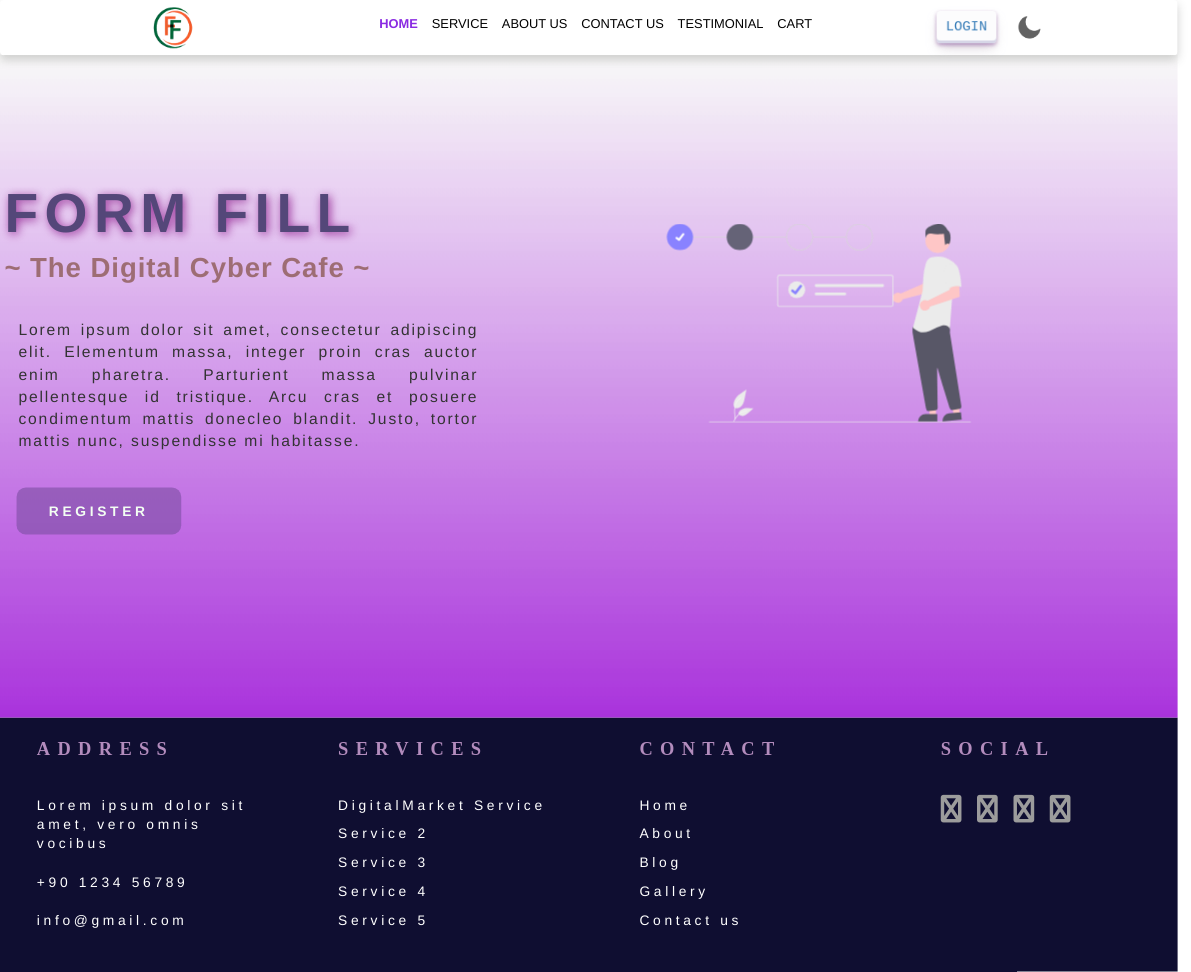
Repository: codervivek5/Formfil
Page: index.html
These files come from the project's save history. The page is drawn as it stood at one moment and after the next save; the edit follows.
The browser window is 1280 px wide. The page is 1295 px wide, so the pictures cover 1295 px, including what lies to the right of the window. The pictures show the whole page, at 92% of full size.
Some web fonts or font styles are not loaded; a fallback is used.

Above is the page before, as saved 2023-03-04 21:44:37.

### index.html
<!DOCTYPE html>
<html lang="en">

<head>
	<meta charset="UTF-8" />
	<meta http-equiv="X-UA-Compatible" content="IE=edge" />
	<meta name="viewport" content="width=device-width, initial-scale=1.0" />
	<title>Home-FormFil</title>
	<link rel="stylesheet" href="style/style.css" />
     <link rel="stylesheet" href="style/theme.css">

	<link rel="stylesheet" href="https://maxcdn.bootstrapcdn.com/bootstrap/3.4.1/css/bootstrap.min.css">
	<script src="https://ajax.googleapis.com/ajax/libs/jquery/3.6.0/jquery.min.js"></script>
     <script src="https://maxcdn.bootstrapcdn.com/bootstrap/3.4.1/js/bootstrap.min.js"></script>

	<link rel="stylesheet" href="https://fonts.googleapis.com/css?family=Trirong" />
	<link rel="icon" type="image/x-icon" href="./img/crop_logo.png" />
	<link rel="stylesheet" href="https://cdnjs.cloudflare.com/ajax/libs/font-awesome/6.2.1/css/all.min.css">
</head>

<body>

    <div class="loader">
          <img class= "imgload" src="img/logo.png"  alt="">
     </div>

     <header class="navbar">
      <a href="index.html"><img class="logo" src="img/logo.png" width="100px" height="100px" /></a>

      <div class="navbar-opt">
        <ul class="navbar-list">
          <li><a href="index.html" class="nav-link active">HOME</a></li>
          <li><a href="pages/service.html" class="nav-link">SERVICE </a></li>
          <li><a href="pages/about_us.html" class="nav-link">ABOUT US </a></li>
          <li><a href="pages/contact-us.html" class="nav-link">CONTACT US </a></li>
          <li><a href="pages/testimonial.html" class="nav-link">TESTIMONIAL</a></li>
          <li><a href="pages/cart.html" class="nav-link">CART</a></li>
        </ul>
      </div>

      <div class="fixed-buttons">
        <button><a href="pages/login.html" class="lgn">LOGIN</a></button>
        <img src="img/moon.png" id="icon">
      </div>

      <div class="mobile-menu">
        <ion-icon name="menu-outline" class="menu-icon"></ion-icon>
        <ion-icon name="close-outline" class="menu-icon"></ion-icon>
      </div>

     </header>

	<div class="main">

		<div class="container">
			<div class="content animated fadeInLeft">
				<h1>FORM FILL</h1>
				<h2>~ The Digital Cyber Cafe ~</h2>
				<p class="para">
					Lorem ipsum dolor sit amet, consectetur adipiscing elit.
          Elementum massa, integer proin cras auctor enim pharetra.
					Parturient massa pulvinar pellentesque id tristique.
          Arcu cras et posuere condimentum mattis donecleo blandit.
          Justo, tortor mattis nunc, suspendisse mi habitasse.
				</p>
				<div class="btn">
					<a href="pages/signup.html"> <button class="btn1 button">REGISTER</button></a>
				</div>
			</div>
			<div class="shipp animated fadeInRight">
				<img src="img/svg.svg" />
        <!-- <img src="img/formfilSvg.svg" /> -->
			</div>
		</div>
	</div>

<!-- footer section -->
<footer>
    <div>
        <div class="row">
            <div class="col-lg-3 col-md-5 col-sm-4 col-xs-12">
                <ul class="adress">
                     <span>Address</span>
                     <li>
                        <p>Lorem ipsum dolor sit amet, vero omnis vocibus</p>
                      </li>

                      <li>
                        <p>+90 1234 56789</p>
                      </li>

                      <li>
                        <p>info@gmail.com</p>
                      </li>
                 </ul>
            </div>
            <div class="col-lg-3 col-md-5 col-sm-4 col-xs-12">
               <ul class="service">
                    <span>Services</span>
                    <li>
                       <a href="#">DigitalMarket Service</a>
                     </li>

                     <li>
                        <a href="#">Service 2</a>
                     </li>

                     <li>
                       <a href="#">Service 3</a>
                     </li>

                     <li>
                        <a href="#">Service 4 </a>
                     </li>

                     <li>
                       <a href="#">Service 5</a>
                    </li>
               </ul>
           </div>
            <div class="col-lg-3 col-md-3 col-sm-4 col-xs-12">
                <ul class="contact">
                     <span>Contact</span>
                     <li>
                        <a href="index.html">Home</a>
                      </li>

                      <li>
                         <a href="pages/about_us.html">About</a>
                      </li>

                      <li>
                        <a href="#">Blog</a>
                      </li>

                      <li>
                         <a href="#">Gallery </a>
                      </li>

                      <li>
                        <a href="pages/contact-us.html">Contact us</a>
                     </li>
                </ul>
            </div>

            <div class="col-lg-3 col-md-3 col-sm-4 col-xs-12">
               <ul class="social">
                    <span>Social</span>
                    <li>
                         <a href="https://www.facebook.com/codervivek"  target="_blank"><i class="fa fa-facebook fa-2x"></i></a>
                    </li>

                    <li>
                         <a href="https://github.com/codervivek5" target="_blank"><i class="fa fa-github fa-2x"></i></a>
                    </li>

                    <li>
                         <a href="https://www.linkedin.com/in/codervivek/" target="_blank"><i class="fa fa-linkedin fa-2x"></i></a>
                    </li>

                    <li>
                         <a href="https://twitter.com/codervivek5" target="_blank"><i class="fa fa-twitter fa-2x"></i></a>
                    </li>

                    <li>
                         <a href="https://www.youtube.com/codervivek" target="_blank"><i class="fa fa-youtube-play fa-2x"></i></a>
                   </li>
                  </ul>
            </div>
       </div>
    </div>
    <button class="back-to-top hidden">
     <svg
     xmlns="http://www.w3.org/2000/svg"
     class="back-to-top-icon"
     fill="none"
     viewBox="0 0 24 24"
     stroke="currentColor"
   >
     <path
       stroke-linecap="round"
       stroke-linejoin="round"
       stroke-width="2"
       d="M7 11l5-5m0 0l5 5m-5-5v12"
     />
   </svg></button>
</footer>


<script>

     // Javascript Code for Dark Mode Switch
	var icon = document.getElementById("icon");
	icon.onclick = function(){
		document.body.classList.toggle("dark-mode");
		if (document.body.classList.contains("dark-mode")){
			icon.src="img/sun.png";
		}
		else {
			icon.src="img/moon.png";
		}
	}
  //javascript for loader
  $(document).ready(function() {
      // Animate loader off screen
   setTimeout(function() {
    $(".loader").fadeOut("slow");
   }, 0);
  });
      // Javascript Code for Scroll to top Button
      const showOnPx = 100;
      const backToTopButton = document.querySelector(".back-to-top")

     const scrollContainer = () => {
       return document.documentElement || document.body;
      };

 document.addEventListener("scroll", () => {
   if (scrollContainer().scrollTop > showOnPx) {
     backToTopButton.classList.remove("hidden")
   } else {
     backToTopButton.classList.add("hidden")
   }
 })
 const goToTop = () => {
   document.body.scrollIntoView({
     behavior: "smooth",
   });
 };
 backToTopButton.addEventListener("click", goToTop);

 const mobile_nav= document.querySelector('.mobile-menu');
const nav_header= document.querySelector(".navbar");

const toggleNav = () =>{
  nav_header.classList.toggle("switchOn");
}

mobile_nav.addEventListener('click', () => toggleNav());

</script>
<script type="module" src="https://unpkg.com/ionicons@5.5.2/dist/ionicons/ionicons.esm.js"></script>
<script nomodule src="https://unpkg.com/ionicons@5.5.2/dist/ionicons/ionicons.js"></script>
</body>
</html>

### style/style.css
@import url('https://fonts.googleapis.com/css2?family=Tilt+Prism&display=swap');

body{
	margin:0;
	padding:0;
	background:black;
font-family: 'Times New Roman', Times, serif;
overflow-x: hidden;
}
.main{
	position: relative;
	height:100%;
	width:100%;
	background-position: center;
	background-repeat: no-repeat;
	background-size: cover;
	/* opacity: 0.8; */

}
.navbar{
    padding: 0 !important;
    padding: 0 3rem;
    height: 6rem;
    display: flex;
    justify-content: space-between;
    align-items: center;
    margin-bottom: 0 !important;
    box-shadow: 0px 5px 10px #48464640 !important;
    z-index: 999;
}

.navbar-opt{
    transition: all 0.5s;
  }

  .navbar-list{
    display: flex;
    gap: 1.5rem;
    list-style: none;
  }

  .fixed-buttons{
    display: flex;
    justify-content: center;
    align-items: center;
    column-gap: 1rem;
  }

  .active{
    font-weight: 700 !important;
  }

  .nav-link:link,
.nav-link:visited {
  display: inline-block;
  text-decoration: none;
  color: black;
}

.mobile-menu{
  display: none;
  background: transparent;
  cursor: pointer;
}

.menu-icon{
  width: 3.2rem;
  height: 3.2rem;
  z-index: 1000;
}

.menu-icon[name="close-outline"]{
  display: none;
}

.fixed-buttons button{
  align-items: center;
  appearance: none;
  background-color: #FCFCFD;
  border-radius: 4px;
  border-width: 0;
  box-shadow: #7b378e7b 0 2px 4px,#c1b6c4a8 0 7px 13px -3px,#D6D6E7 0 -3px 0 inset;
  box-sizing: border-box;
  color: #36395A;
  cursor: pointer;
  display: inline-flex;
  font-family: "JetBrains Mono",monospace;
  height: 3.5rem;
  justify-content: center;
  line-height: 1;
  list-style: none;
  overflow: hidden;
  padding-left: 1rem;
  padding-right: 1rem;
  position: relative;
  text-align: left;
  text-decoration: none;
  transition: box-shadow .15s,transform .15s;
  user-select: none;
  -webkit-user-select: none;
  touch-action: manipulation;
  white-space: nowrap;
  will-change: box-shadow,transform;
  font-size: 1.5rem;
}

.fixed-buttons button:focus {
    box-shadow: #D6D6E7 0 0 0 1.5px inset, rgba(45, 35, 66, 0.4) 0 2px 4px, rgba(45, 35, 66, 0.3) 0 7px 13px -3px, #D6D6E7 0 -3px 0 inset;
  }

  .fixed-buttons button:hover {
    box-shadow: rgba(45, 35, 66, 0.4) 0 4px 8px, rgba(45, 35, 66, 0.3) 0 7px 13px -3px, #D6D6E7 0 -3px 0 inset;
    transform: translateY(-2px);
  }

  .fixed-buttons button:active {
    box-shadow: #D6D6E7 0 3px 7px inset;
    transform: translateY(2px);
  }

@media (max-width:1220px){
    .navbar-list{
      gap: 0.3rem;
    }
  }

  @media (max-width:1030px){
    .mobile-menu{
      display: block;
    }

    .navbar{
      padding: 0 1rem;
      position: relative;
    }

    .navbar-opt{
      width: 100vw;
      height: 100vh;
      background-color: #484646dd;
      position: absolute;
      top: 0;
      left: 0;
      display: flex;
      justify-content: center;
      /* transform: translateY(100%); */
      transition: all 0.5s linear;
      opacity: 0;
      visibility: hidden;
      pointer-events: none;
    }

    .navbar-list{
      flex-direction: column;
      align-items: center;
      justify-content: center;
      font-size: 1.7rem;
      font-weight: 500;
    }

    .switchOn .navbar-opt{
      opacity: 1;
      visibility: visible;
      pointer-events: auto;
    }

    .switchOn .mobile-menu .menu-icon[name="close-outline"]{
      display: block;
    }

    .switchOn .mobile-menu .menu-icon[name="menu-outline"]{
      display: none;
    }

  }

  .nav-link:hover{
    color: grey !important;
  }

    /* ____________________________________________________________________________________________________________ */

.container{
    display: flex;
    justify-content: space-between;
    align-items: center;
    position: relative;
    top: 20vh;
    padding: 0px 25px;
}
.shipp{
  margin-top: -90px;
  padding-left: 50px;
}
.shipp img{
    width: 60vh;
}
.content{
  display: flex;
  flex-direction: column;
  margin-left: -110px;
}
.content h1{
    color: #2a1958;
    text-shadow: 2px 2px 10px purple;
    font-size: 6rem;
    letter-spacing: 7px;
    margin-top: -5px;
    font-weight: bold;
}
.content h2{
	width:100%;
  font-weight: bold;
  margin-top: -1px;
  letter-spacing: 1px;
}
.content .para{
  color: black;
	width:100%;
  text-align: justify;
  font-size: 17px;
  margin-top: 30px;
  padding-left: 60px;
  letter-spacing: 2px;
  font-weight: 500;

}
.content .btn{
  text-align: left;
  margin-left: 45px;
  margin-top: 20px;
}
.content button{
    padding: 15px 35px;
    border-radius: 10px;
    border: none;
    background-color: rgba(90, 34, 139,0.6) !important;
    /* border: 4px solid rgba(90, 34, 139); */
    border: 4px solid rgba(122, 60, 60, 0.87)
    color: white !important;
    font-weight: bold !important;
    letter-spacing: 4px;
    font-size: 15px !important;
    transition: transform .2s;
}
.btn1:hover{
  transform: scale(1.15);
  background-color: rgba(90, 34, 139,0.2) !important;
  color: white !important;
}

@media only screen and (max-width: 1300px){
    .shipp img{
      width: 50vw;
      height: 30vh;
  }
  }

  @media only screen and (max-width: 500px){
    .container{
      display: flex;
      flex-direction: column;
      padding: 0 !important;
      margin: 0 !important;
    }
    .content{
      width: 100vw;
      display: flex;
      flex-direction: column;
      justify-content: center;
      align-items: center;
      padding: 0 !important;
      margin: 0 !important;
    }
    .shipp img{
      width: 50vw;
      height: 40vh;
  }
  .content h1{
    font-size: 3rem;
  }
  .content h2{
    font-size: 2rem;
  }
  .content .para{
    font-size: 1.5rem;
  }
  }
/* footer */
footer{
     background-color: #0f0e31;
     padding:20px 0px;
     z-index: 1;
}

footer ul li{
    padding:5px 0px;
}

.adress span , .contact span , .social span, .service span{
   color: #FFF;
   font-weight: 800;
   padding-bottom: 10px;
   margin-bottom: 20px;
   display: block;
   text-transform: uppercase;
   font-size: 20px;
   letter-spacing: 3px;
}

.adress li p , .contact li a , .social li a, .service li a{
    color:#FFF;
    letter-spacing: 2px;
    text-decoration:none;
    font-size:15px;
    font-style: sans-serif;
}

.social li{
    float:left;
}

.adress , .contact , .social , .service{
    list-style: none;
}

.fa{
    color:#9c9c9c;
    margin-right: 15px;
    font-size:24px;
}
.service span{
    letter-spacing: 8px;
    font-family:'Tilt Prism', cursive;
    color:rgb(179,140,189);
}
.contact span{
    letter-spacing: 8px;
    font-family: 'Tilt Prism', cursive;
    color:rgb(179,140,189);

}
.adress span{
    letter-spacing: 8px;
    font-family:'Tilt Prism', cursive;
    color:rgb(179,140,189);
}
.social span{
    letter-spacing: 8px;
    font-family:'Tilt Prism', cursive;
    color:rgb(179,140,189);
}
.service a{
    letter-spacing: 4px !important;
    position: relative;
    transition: all 0.5s ease;
    -webkit-transition: all 0.5s ease;
}
.service a:hover {
    color: rgb(137,130,255) !important;
    transition: all 1s ease;
    -webkit-transition: all 1s ease;
}

 .service a:before, .service a:after {
  content: '';
  position: absolute;
  width: 0%;
  height: 1px;
  bottom: -1px;
  background:rgb(204,214,246);
}

.imgload{
	height: 25%;
	width: 15%;

}
.loader{
    position: fixed;
    z-index: 1;
    top: 0;
    left: 0;
    background: #7b378ec4;
    height: 100%;
    width: 100%;
    display: flex;
    justify-content: center;
    align-items: center;
  }

  .loader.hidden{
    animation: fadeOut 2s forwards;
  }
  @keyframes fadeOut {
    100%{
      opacity: 100%;
      visibility: hidden;
    }
  }



.adress p{
    letter-spacing: 4px !important;
    position: relative;
    transition: all 0.5s ease;
    -webkit-transition: all 0.5s ease;
}
.adress p:hover {
    color: rgb(14, 214, 3) !important;
    transition: all 1s ease;
    -webkit-transition: all 1s ease;
}
.contact a{
    letter-spacing: 4px !important;
    position: relative;
    transition: all 0.5s ease;
    -webkit-transition: all 0.5s ease;
}
.contact a:hover {
    color: rgb(212, 1, 227) !important;
    transition: all 1s ease;
    -webkit-transition: all 1s ease;
}
.social i{
    position: relative;
}
.social i:hover {
    color: rgb(15, 3, 252) !important;
    transition: all 1s ease;
    -webkit-transition: all 1s ease;
}
.back-to-top {
    position: fixed;
    right: 2rem;
    bottom: 2rem;
}
.hidden {
    display: none;
        opacity: 0%;

  }
.back-to-top {
    position: fixed;
    right: 2rem;
    bottom: 2rem;
    border-radius: 100%;
    background: gray;
    padding: 1.5rem;
    border: none;
    cursor: pointer;
    opacity: 100%;
    transition: opacity 0.5s;
  }
  .back-to-top-icon {
    width: 2rem;
    height: 2rem;
    color: white;
  }
  .back-to-top:hover {
    opacity: 60%;
  }

.footerpart{
	text-align: center;
}
.animated {
  -webkit-animation-duration: 5s;
  animation-duration: 5s;
  -webkit-animation-fill-mode: both;
  animation-fill-mode: both;
}

@-webkit-keyframes fadeInLeft {
  0% {
     opacity: 0;
     -webkit-transform: translateX(-100px);
  }
  100% {
     opacity: 1;
     -webkit-transform: translateX(0);
  }
}
.fadeInLeft {
  -webkit-animation-name: fadeInLeft;
  animation-name: fadeInLeft;
}


@-webkit-keyframes fadeInRight {
  0% {
     opacity: 0;
     -webkit-transform: translateX(100px);
  }
  100% {
     opacity: 1;
     -webkit-transform: translateX(0);
  }
}

.fadeInRight {
  -webkit-animation-name: fadeInRight;
  animation-name: fadeInRight;
}



    /* ____________________________________________________________________________________________________________ */

### style/theme.css
:root{
	--color--main: linear-gradient(rgba(244, 245, 243, 0.712),rgb(148,0,211));
	--color--footer: rgb(119, 5, 100);
	--color--h1: #2a1958;
	--color--h2: rgba(122, 60, 60, 0.87);
	--color--p: black;
	--color--btn: #2a1958;
	--color--nav: black;
	--color--nav_before:#2a1958;
	--color--customnav: white;
}
.dark-mode{
	--color--main: linear-gradient(#4b075ac4,rgba(28, 1, 41, 0.712));
	--color--footer: rgb(65, 3, 55);
	--color--h1: rgb(255, 255, 255);
	--color--h2: rgb(233, 233, 233);
	--color--p: white;
	--color--btn: #130735;
	--color--nav: rgb(215, 244, 248);
	--color--nav_before:rgb(215, 244, 248);
	--color--customnav: rgb(174, 147, 180);
}
#icon{
	width: 30px;
	cursor: pointer;
	margin: 10px;
}
.main{
	position: relative;
	height:100vh;
	width:100%;
	background:var(--color--main);
	background-position: center;
	background-repeat: no-repeat;
	background-size: cover;
	opacity: 0.8;
}
.navbar{
	background-color: var(--color--customnav);
}

.nav-link{
	color: var(--color--p) !important;
}

.active{
	color: blueviolet !important;
}
.content h1{
    color:var(--color--h1);
margin-left: 8%;
}
.content h2{
    color: var(--color--h2);
    margin-left: 8%;
}
.content .para{
    color: var(--color--p);
}
.content .btn1 {
    background-color: var(--color--btn);
    color:honeydew;

}
.footer{
	background-color:var(--color--footer);
	display: block;
	justify-content: center;
	align-items: center;
	width: 100%;
	height: 40vh;

}

After the next save:
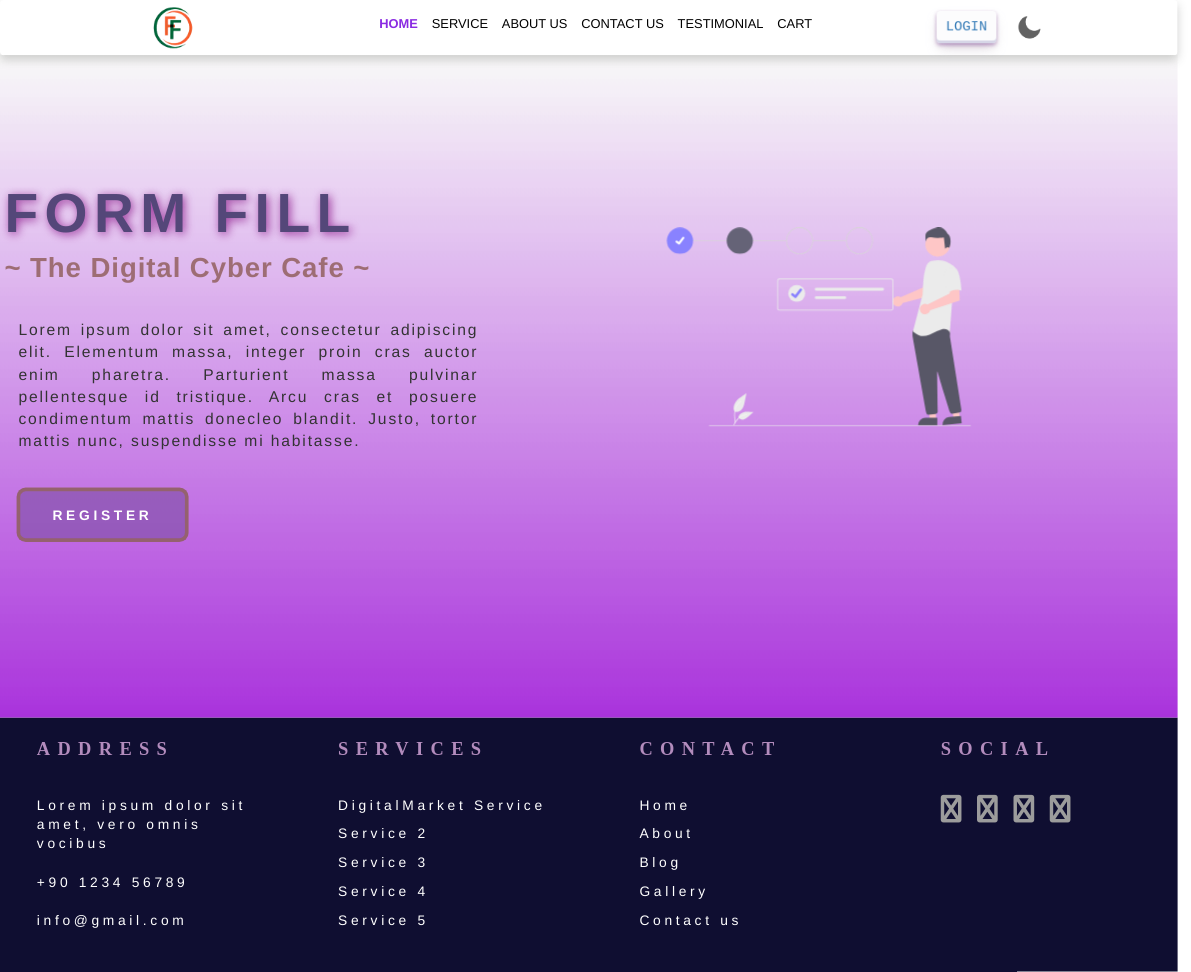
Saved 12 s later.
--- a/style/style.css
+++ b/style/style.css
@@ -236,7 +236,7 @@ overflow-x: hidden;
     border: none;
     background-color: rgba(90, 34, 139,0.6) !important;
     /* border: 4px solid rgba(90, 34, 139); */
-    border: 4px solid rgba(122, 60, 60, 0.87)
+    border: 4px solid rgba(122, 60, 60, 0.87);
     color: white !important;
     font-weight: bold !important;
     letter-spacing: 4px;
